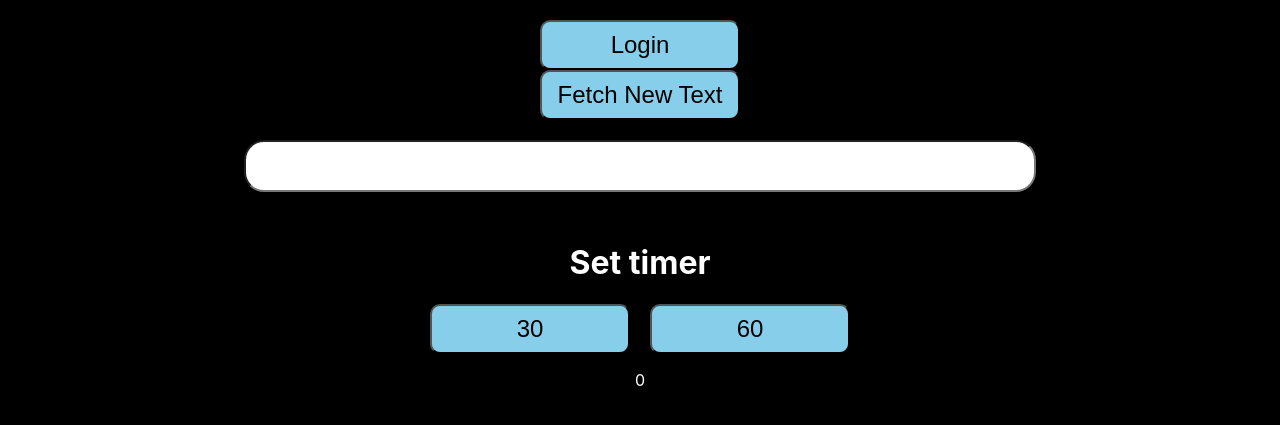
Repository: abhaysharma20233009/swiftKey
Page: / (app in frontend/my-app/)
The author's editor kept a copy of each file at every save. The page is drawn from the files as they stood at one save, then again after the next save.
The browser window is 1280 px wide. The pictures show the whole page.
The page's requests for data from a server got no answer. The project was rebuilt for these pictures with package versions that can differ from the ones it lists, and the page was loaded fresh each time. No one was signed in, and anything a server would have sent is missing. Also part of the build but not shown: frontend/my-app/src/Results.js, frontend/my-app/src/Login.js.

Above is the page before, as saved 2024-10-10 17:29:02.

After the next save:
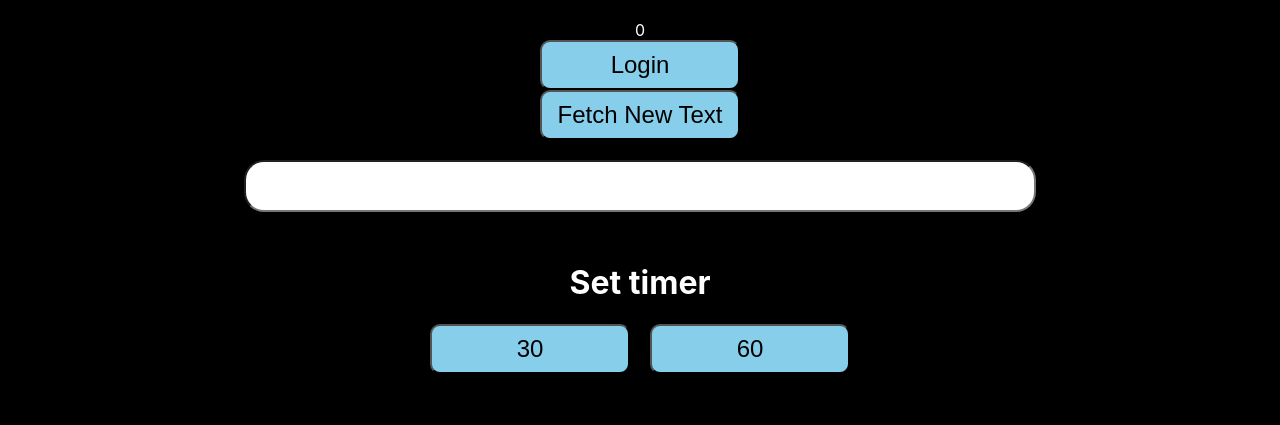
Saved 99 s later.
--- a/frontend/my-app/src/Swifts.js
+++ b/frontend/my-app/src/Swifts.js
@@ -79,6 +79,7 @@ function Swifts() {
 
     return (
         <div style={{ textAlign: 'center', marginTop: '20px' }}>
+              <div>{countdown}</div>
             {username && <h2>Welcome, {username}!</h2>}
             <button className="log" onClick={() => navigate('/login')}>Login</button>
             <br />
@@ -116,7 +117,7 @@ function Swifts() {
             <button className="log" onClick={() => setTime(30)}>30</button>
             <button className="log" onClick={() => setTime(60)}>60</button>
 
-            <p>{countdown}</p>
+
         </div>
     );
 }
